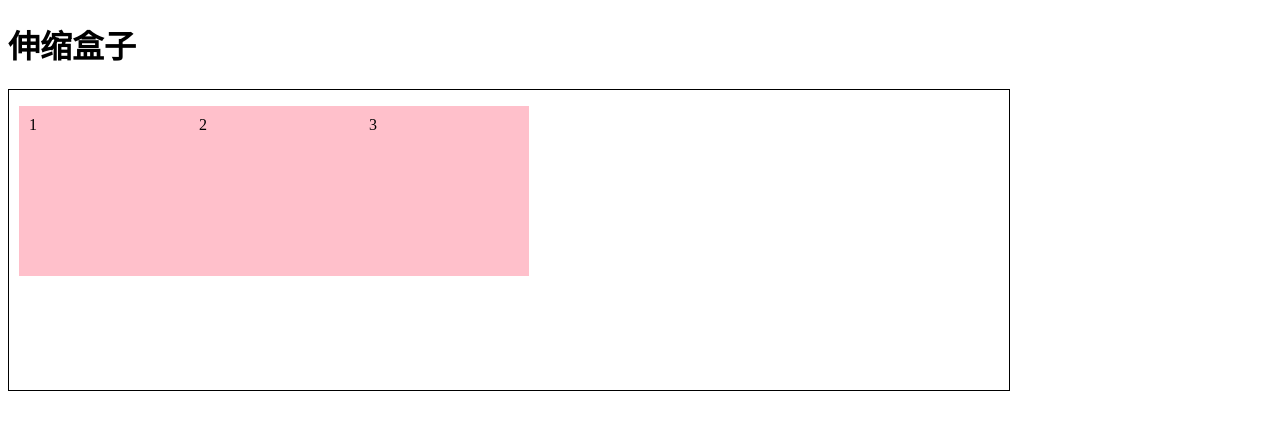
Repository: liuxi0811/web-demo
Page: 伸缩布局.html
An editor plug-in stored every save of this project. The page is shown before and after the next save, followed by the edit.
The browser window is 1280 px wide. The pictures show the whole page.

Above is the page before, as saved 2020-12-03 18:00:31.

### 伸缩布局.html
<!DOCTYPE html>
<html lang="en">
<head>
    <meta charset="UTF-8">
    <meta name="viewport" content="width=device-width, initial-scale=1.0">
    <title>Document</title>
    <style>
        *{
            /* margin: 0px;
            padding: 0px; */
        }
        div{
            width: 1000px;
            height: 300px;
            border: 1px solid;
        }

        li{
            width: 150px;
            height: 150px;
            background: pink;
            padding: 10px;
            /* display: flex; */
            /* flex: 1; */
        }

        ul{
            list-style: none;
            display: flex;
            padding-left: 10px;
            flex-direction: row;
        }

    </style>
</head>
<body>
   <h1>伸缩盒子</h1>
    <div>
        <ul>
            <li>1</li>
            <li>2</li>
            <li>3</li>
    </div>
</body>
</html>

After the next save:
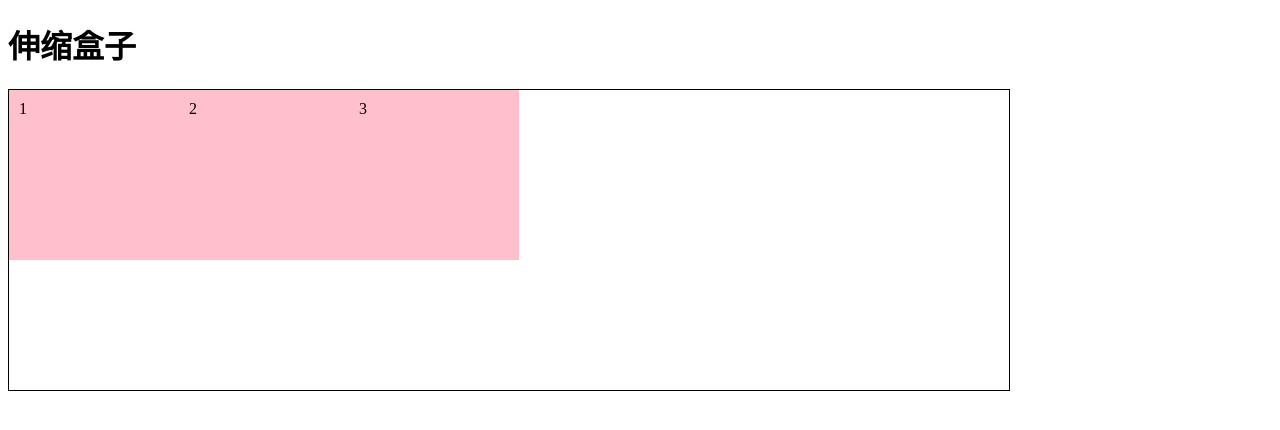
Saved 47 s later.
--- a/伸缩布局.html
+++ b/伸缩布局.html
@@ -5,10 +5,7 @@
     <meta name="viewport" content="width=device-width, initial-scale=1.0">
     <title>Document</title>
     <style>
-        *{
-            /* margin: 0px;
-            padding: 0px; */
-        }
+
         div{
             width: 1000px;
             height: 300px;
@@ -27,8 +24,8 @@
         ul{
             list-style: none;
             display: flex;
-            padding-left: 10px;
-            flex-direction: row;
+            margin: 0px;
+           padding: 0px;
         }
 
     </style>
